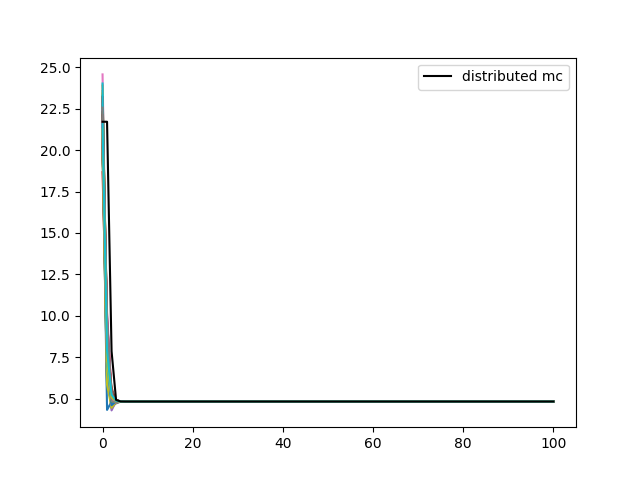
Repository: komuro-zero/distributed-optimization
Script's output: python main_weakly_sparse.py
An editor plug-in stored every save of this project. The script's output is shown before and after the next save, followed by the edit.
Random numbers start from a fixed seed.

Above is the script's output before, as saved 2019-09-25 10:21:10.

### main_weakly_sparse.py
import numpy as np
import matplotlib.pyplot as plt
from numpy.random import *
from modules.distributed_functions_wj import functions


np.random.seed(0)
class distributed_updates(functions):


    def __init__(self):

        self.N = 30
        self.m = 100
        self.r_i = 30
        self.iteration = 100
        self.sparsity_percentage = 0.2
        self.lamb = 10**-2
        self.eta = 10**-10
        self.rho = self.lamb*(0.1**2)
        if self.lamb/self.rho <= self.eta*self.lamb:
            print("faulty rho")
            exit()

    def make_variables(self):
        """
        w_star,U_all,d_allを返㝙
        """
        how_weak = 0.1
        w = randn(self.N,1)
        w_star = self.w_star_weakly_sparse(self.N,self.sparsity_percentage,how_weak)
        U_all = randn(self.m,self.N)
        w_star_noise = w_star +randn(self.N,1)/1000
        #w_star_noise = w_star_noise/np.dot(w_star_noise.T,w_star_noise)
        d_all = np.dot(U_all,w_star_noise)
        L2 = np.dot(w_star.T,w_star)

        return w,w_star,U_all,d_all,L2,w_star_noise

    def run(self):
        w,w_star,U_all,d_all,L2,w_star_noise = self.make_variables()
        c = self.adjacency_matrix(self.m,self.r_i)
        w_all = self.make_w(self.m,self.N)

        #error,wcgd = self.centralized_gradient_descent(U_all,d_all,w,w_star,L2,0.0035,self.iteration)
        #error,wcl1 = self.centralized_L1(U_all,d_all,w,w_star,L2,10**-4,0.0036,self.iteration)
        #error,wcmc = self.centralized_mc(U_all,d_all,w,w_star,L2,5*10**-1,0.0036,5*10**-1*(23.57**2),self.iteration)
        #self.distributed_gradient_descent_wj(U_all,d_all,w_star,L2,self.N,self.m,self.r_i,0.25,self.iteration,c,w_all,wcgd)
        #self.distributed_L1_wj(U_all,d_all,w_star,L2,self.N,self.m,self.r_i,10**-4,0.24,self.iteration,c,w_all,wcl1)
        #self.distributed_mc_wj(U_all,d_all,w_star,L2,self.N,self.m,self.r_i,self.lamb,self.eta,self.rho,self.iteration,c,w_all,wcmc)
        #self.distributed_gradient_descent(U_all,d_all,w_star,L2,self.N,self.m,self.r_i,0.22,self.iteration,c,w_all)
        #self.distributed_L1(U_all,d_all,w_star,L2,self.N,self.m,self.r_i,10**-6,0.224,self.iteration,c,w_all)
        self.distributed_mc(U_all,d_all,w_star,L2,self.N,self.m,self.r_i,self.lamb,self.eta,self.rho,self.iteration,c,w_all)

        #error = [cgd[-1],cl1,cmc[-1],dgd[-1],dl1[-1],dmc[-1]]
        #return error[-1]#w_star,w_star_noise,wcgd,wcl1,wcmc

"""
    #not completed
    def run_distributed(self):
        w,w_star,U_all,d_all,L2 = self.make_variables()

        lamb_l1 = 9*10**-5
        lamb_mc = 10**-3
        eta_gd = 0.1
        eta_l1 = 0.09
        eta_mc = 0.01

        self.distributed(U_all,d_all,w_star,L2,self.N,self.m,self.r_i,lamb_l1,lamb_mc,eta_gd,eta_l1,eta_mc,self.rho,self.iteration)
"""


if __name__ == "__main__":
    simulation = distributed_updates()
    cgd=cl1=cmc=dgd=dl1=dmc=[]
    for i in range(1):
        simulation.run()
        #cgd.append(error)
        """
        error = simulation.run()
        cgd.append(error[0])
        cl1.append(error[1])
        cmc.append(error[2])
        dgd.append(error[3])
        dl1.append(error[4])
        dmc.append(error[5])

        print("iteration:",i)
        """
    #times = range(len(cgd))

    #print("average:",sum(cgd)/len(cgd),"\n max:",max(cgd))
    #print("w_star:",w_star,"\nwcgd:",wcgd-w_star_noise,"\nwcl1:",wcl1-w_star_noise,"\nwcmc:",wcmc-w_star_noise)
    #plt.bar(times,cgd)
    plt.legend()
    plt.show()

### modules/distributed_functions_wj.py
#functions used in each simulations
import numpy as np
from numpy.random import *
import matplotlib.pyplot as plt

np.random.seed(0)

class functions():
	def w_star(self,N,sparse_percentage):
		w_star = randn(N,1)     #平均は0
		before_length = len(w_star)
		after_length = before_length
		while (after_length / before_length) > sparse_percentage:
			a = randint(0,N-1)
			w_star[a] = 0
			after_length = len(np.unique(w_star))-1  #重複要素の削除
		return w_star

	def w_star_weakly_sparse(self,N,sparse_percentage,how_weak):
		w_star = randn(N,1)     #平均は0
		before_length = len(w_star)
		after_length = before_length
		while (after_length / before_length) > sparse_percentage:
			a = randint(0,N-1)
			w_star[a] = 0
			after_length = len(np.unique(w_star))-1  #重複要素の削除
		w_star_prox = np.zeros((len(w_star),1))
		for i in range(len(w_star)):
			if w_star[i] == 0:
				w_star_prox[i] = randn()
		w_star_prox = w_star_prox/np.dot(w_star_prox.T,w_star_prox)
		w_star = w_star/np.dot(w_star.T,w_star)
		w_star += how_weak*w_star_prox
		return w_star

	def w_star_weakly_sparse_sample(self,N,sparse_percentage):
		w_star = self.w_star(N,sparse_percentage)
		for i in range(len(w_star)):
			if w_star[i] == 0:
				w_star[i] = 0.0001
			else:
				w_star[i] = 1
		return w_star

	def db(self,x, y):
		db = 10 * np.log10(x / y)
		return db[0][0]

	def adjacency_matrix(self,m,r_i):
		"""
		disjointed example
		a = [1]*r_i
		b = [0]*(m-r_i)
		a.extend(b)
		c = [1]*r_i
		d = [0]*(m-r_i)
		d.extend(c)
		aa = [a]*int(m/2)
		dd = [d]*int(m/2)
		dd.extend(aa)
		result = np.array(dd)
		for i in range(len(result)):
			result[i][i]=1

		"""
		c = np.eye(m)
		for j in range(m):
			counter = 0
			while counter != r_i:
				random_num = np.random.randint(0,m-1)
				if c[j][random_num] != 1:
					c[j][random_num] = 1
					counter += 1
		return c

	def w_average(self,w_all,w_star):
		result = [0]*len(w_all[0])
		for row in w_all:
			result += row
		result = result/len(w_all)
		x = range(len(result))
		return result

	def make_w(self,m,N):
		w = randn(N,1).T
		for i in range(m-1):
			w = np.concatenate((w,randn(N,1).T))
		return w

	def centralized_gradient_descent(self,Ut,d,w,w_star,L2,eta,iteration):
		error = [self.db(np.dot((w-w_star).T,w-w_star)[0],L2)]
		times = [0]
		one_error =0
		U = Ut.T
		for i in range(iteration):
			w = w - 2*eta*(np.dot(U,(np.dot(Ut,w)-d)))
			one_error = np.dot((w-w_star).T,w-w_star)[0]
			error.append(self.db(one_error,L2))
			times.append(i+1)
		#plt.plot(times,error,label = "centralized gradient descent")
		return error,w

	def centralized_L1(self,Ut,d,w,w_star,L2,lamb,eta,iteration):
		error = [self.db(np.dot((w-w_star).T,w-w_star)[0],L2)]
		times = [0]
		one_error =0
		U = Ut.T
		for i in range(iteration):
			w = w - 2*eta*(np.dot(U,(np.dot(Ut,w)-d)))
			for j in range(len(w)):
				if w[j] > 0 and lamb < abs(w[j]):
					w[j] -= lamb
				elif w[j] < 0 and lamb < abs(w[j]):
					w[j] += lamb
				else:
					w[j] = 0
			one_error = np.dot((w-w_star).T,w-w_star)[0]
			error.append(self.db(one_error,L2))
			times.append(i+1)
		#exec("plt.plot(times,error,label = 'centralized_L1')")
		return error,w

	def centralized_mc(self,Ut,d,w,w_star,L2,lamb,eta,rho,iteration):
		error = [self.db(np.dot((w-w_star).T,w-w_star)[0],L2)]
		times = [0]
		one_error =0
		U = Ut.T
		for i in range(iteration):
			w = w - 2*eta*(np.dot(U,(np.dot(Ut,w)-d)))
			for j in range(len(w)):
				if abs(w[j]) < eta*lamb:
					w[j] = 0
				elif eta*lamb < abs(w[j]) and abs(w[j]) < lamb/rho:
					w[j] = w[j]*(abs(w[j])-eta*lamb)/(abs(w[j])*(1-eta*rho))
				elif lamb/rho <= abs(w[j]):
					w[j] = w[j]
				else:
					print("banana")
			one_error = np.dot((w-w_star).T,w-w_star)[0]
			error.append(self.db(one_error,L2))
			times.append(i+1)
			one_error = 0
		#plt.plot(times,error,label = "centralized_mc")
		return error,w

	def one_gradient_descent(self,Ut,d,w,eta):
		U = Ut.T
		w = w - 2*eta*((U*(np.dot(Ut,w)-d)))
		return w

	def one_L1(self,Ut,d,w,lamb,eta):
		U = Ut.T
		w = w - 2*eta*((U*(np.dot(Ut,w)-d)))
		for j in range(len(w)):
			if w[j] > 0 and lamb < abs(w[j]):
				w[j] -= lamb
			elif w[j] < 0 and lamb < abs(w[j]):
				w[j] += lamb
			else:
				w[j] = 0
		return w

	def one_mc(self,Ut,d,w,lamb,eta,rho):
		U = Ut.T
		w = w - 2*eta*((U*(np.dot(Ut,w)-d)))
		for j in range(len(w)):
			if abs(w[j]) <= eta*lamb:
				w[j] = 0
			elif eta*lamb < abs(w[j]) and abs(w[j]) < lamb/rho:
				w[j] = w[j]*(abs(w[j])-eta*lamb)/(abs(w[j])*(1-eta*rho))
			elif lamb/rho <= abs(w[j]):
				w[j] = w[j]
			else:
				print("banana")
		return w

	def distributed_gradient_descent(self,Ut,d,w_star,L2,N,m,r_i,eta,iteration,c,w_all_f):
		average_error = [0]
		for i in range(1,m+1,1):
			exec("u_%d = Ut[%d]" % (i,i-1))
			exec("d_%d = d[%d][0]" % (i,i-1))
			exec("w_%d = np.reshape(w_all_f[%d],(N,1)).ravel() " % (i,i-1))
			exec("w_next_%d = w_%d" % (i,i))
			exec("error_w_%d = []" % (i))
			exec("one_error_%d =[]" % (i))
			exec("average_error[0] += self.db(np.dot((w_%d-w_star.ravel()).T,w_%d-w_star.ravel()),L2)"%(i,i))
		average_error[0] = average_error[0]/m
		times = [0]
		for i in range(iteration):
			for j in range(1,m+1,1):
				exec("w_%d = self.one_gradient_descent(u_%d,d_%d,w_%d,eta)" % (j,j,j,j))
				exec("w_next_%d = w_%d" % (j,j))
			exec("w_all = [w_next_1]")
			for j in range(2,m+1):
				exec("w_all = np.concatenate((w_all,[w_next_%d]))" %(j))
			exec("average = (1/(r_i+1))*np.dot(c,w_all)")
			for j in range(1,m+1,1):
				exec("w_%d = average[%d]" % (j,j-1))
			for j in range(1,m+1,1):
				exec("one_error_%d = np.dot((w_%d-w_star.ravel()).T,w_%d-w_star.ravel())" % (j,j,j))
				#exec("print(one_error_%d)"%(j))
				exec("error_w_%d.append(self.db(one_error_%d,L2))" % (j,j))
			times.append(i+1)
		exec("w_average = self.w_average(w_all,w_star)")
		for i in range(iteration):
			exec("average_error.append(error_w_1[%d])" % (i))
			for j in range(2,m+1,1):
				exec("average_error[%d] += error_w_%d[%d]" % (i+1,j,i))
			average_error[i+1] = average_error[i+1]/m
		plt.plot(times,average_error,label = 'distributed gradient descent')
		plt.legend()
		return average_error

	def distributed_L1(self,Ut,d,w_star,L2,N,m,r_i,lamb,eta,iteration,c,w_all_f):
		average_error = [0]
		for i in range(1,m+1,1):
			exec("u_%d = Ut[%d]" % (i,i-1))
			exec("d_%d = d[%d][0]" % (i,i-1))
			exec("w_%d = np.reshape(w_all_f[%d],(N,1)).ravel() " % (i,i-1))
			exec("w_next_%d = w_%d" % (i,i))
			exec("error_w_%d = []" % (i))
			exec("one_error_%d =[]" % (i))
			exec("average_error[0] += self.db(np.dot((w_%d-w_star.ravel()).T,w_%d-w_star.ravel()),L2)"%(i,i))
		average_error[0] = average_error[0]/m

		times = [0]
		for i in range(iteration):
			for j in range(1,m+1,1):
				exec("w_%d = self.one_L1(u_%d,d_%d,w_%d,lamb,eta)" % (j,j,j,j))
				exec("w_next_%d = w_%d" % (j,j))
			exec("w_all = [w_next_1]")
			for j in range(2,m+1):
				exec("w_all = np.concatenate((w_all,[w_next_%d]))" %(j))
			exec("average = (1/(r_i+1))*np.dot(c,w_all)")
			for j in range(1,m+1,1):
				exec("w_%d = average[%d]" % (j,j-1))
			for j in range(1,m+1,1):
				exec("one_error_%d = np.dot((w_%d-w_star.ravel()).T,w_%d-w_star.ravel())" % (j,j,j))
				exec("error_w_%d.append(self.db(one_error_%d,L2))" % (j,j))
			times.append(i+1)
		exec("w_average = self.w_average(w_all,w_star)")
		for i in range(iteration):
			exec("average_error.append(error_w_1[%d])" % (i))
			for j in range(2,m+1,1):
				exec("average_error[%d] += error_w_%d[%d]" % (i+1,j,i))
			average_error[i+1] = average_error[i+1]/m
		plt.plot(times,average_error,label = 'distributed L1')
		plt.legend()
		return average_error

	def distributed_mc(self,Ut,d,w_star,L2,N,m,r_i,lamb,eta,rho,iteration,c,w_all_f):
		average_error = [0]
		for i in range(1,m+1,1):
			exec("u_%d = Ut[%d]" % (i,i-1))
			exec("d_%d = d[%d][0]" % (i,i-1))
			exec("w_%d = np.reshape(w_all_f[%d],(N,1)).ravel() " % (i,i-1))
			exec("w_next_%d = w_%d" % (i,i))
			exec("error_w_%d = [self.db(np.dot((w_%d-w_star.ravel()).T,w_%d-w_star.ravel()),L2)]" % (i,i,i))
			exec("one_error_%d =[]" % (i))
			exec("average_error[0] += self.db(np.dot((w_%d-w_star.ravel()).T,w_%d-w_star.ravel()),L2)"%(i,i))
		average_error[0] = average_error[0]/m
		times = [0]
		for i in range(iteration):
			for j in range(1,m+1,1):
				exec("w_%d = self.one_mc(u_%d,d_%d,w_%d,lamb,eta,rho)" % (j,j,j,j))
				exec("w_next_%d = w_%d" % (j,j))
			exec("w_all = [w_next_1]")
			for j in range(2,m+1):
				exec("w_all = np.concatenate((w_all,[w_next_%d]))" %(j))
			exec("average = (1/(r_i+1))*np.dot(c,w_all)")
			for j in range(1,m+1,1):
				exec("w_%d = average[%d]" % (j,j-1))
			for j in range(1,m+1,1):
				exec("one_error_%d = np.dot((w_%d-w_star.ravel()).T,w_%d-w_star.ravel())" % (j,j,j))
				exec("error_w_%d.append(self.db(one_error_%d,L2))" % (j,j))
			times.append(i+1)
		exec("w_average = self.w_average(w_all,w_star)")
		for i in range(iteration):
			exec("average_error.append(error_w_1[%d])" % (i))
			for j in range(2,m+1,1):
				exec("average_error[%d] += error_w_%d[%d]" % (i+1,j,i))
			average_error[i+1] = average_error[i+1]/m
		for i in range(1,m+1):
			exec("plt.plot(times,error_w_%d)"%(i))
			exec("print(w_%d)"%(i))
		plt.plot(times,average_error,label = 'distributed mc',color = "black")
		plt.legend()
		return average_error

	def distributed_gradient_descent_wj(self,Ut,d,w_star,L2,N,m,r_i,eta,iteration,c,w_all_f,wj):
		average_error = [0]
		L2wj = np.dot(wj.T,wj)
		for i in range(1,m+1,1):
			exec("u_%d = Ut[%d]" % (i,i-1))
			exec("d_%d = d[%d][0]" % (i,i-1))
			exec("w_%d = np.reshape(w_all_f[%d],(N,1)).ravel() " % (i,i-1))
			exec("w_next_%d = w_%d" % (i,i))
			exec("error_w_%d = []" % (i))
			exec("one_error_%d =[]" % (i))
			exec("average_error[0] += self.db(np.dot((w_%d-wj.ravel()).T,w_%d-wj.ravel()),L2wj)"%(i,i))
		average_error[0] = average_error[0]/m
		times = [0]
		for i in range(iteration):
			for j in range(1,m+1,1):
				exec("w_%d = self.one_gradient_descent(u_%d,d_%d,w_%d,eta)" % (j,j,j,j))
				exec("w_next_%d = w_%d" % (j,j))
			exec("w_all = [w_next_1]")
			for j in range(2,m+1):
				exec("w_all = np.concatenate((w_all,[w_next_%d]))" %(j))
			exec("average = (1/(r_i+1))*np.dot(c,w_all)")
			for j in range(1,m+1,1):
				exec("w_%d = average[%d]" % (j,j-1))
			for j in range(1,m+1,1):
				exec("one_error_%d = np.dot((w_%d-wj.ravel()).T,w_%d-wj.ravel())" % (j,j,j))
				#exec("print(one_error_%d)"%(j))
				exec("error_w_%d.append(self.db(one_error_%d,L2wj))" % (j,j))
			times.append(i+1)
		for i in range(iteration):
			exec("average_error.append(error_w_1[%d])" % (i))
			for j in range(2,m+1,1):
				exec("average_error[%d] += error_w_%d[%d]" % (i+1,j,i))
			average_error[i+1] = average_error[i+1]/m
		#exec("plt.plot(times,average_error,label = 'wj distributed gradient descent')")
		return average_error

	def distributed_L1_wj(self,Ut,d,w_star,L2,N,m,r_i,lamb,eta,iteration,c,w_all_f,wj):
		average_error = [0]
		L2wj = np.dot(wj.T,wj)
		for i in range(1,m+1,1):
			exec("u_%d = Ut[%d]" % (i,i-1))
			exec("d_%d = d[%d][0]" % (i,i-1))
			exec("w_%d = np.reshape(w_all_f[%d],(N,1)).ravel() " % (i,i-1))
			exec("w_next_%d = w_%d" % (i,i))
			exec("error_w_%d = []" % (i))
			exec("one_error_%d =[]" % (i))
			exec("average_error[0] += self.db(np.dot((w_%d-wj.ravel()).T,w_%d-wj.ravel()),L2wj)"%(i,i))
		average_error[0] = average_error[0]/m

		times = [0]
		for i in range(iteration):
			for j in range(1,m+1,1):
				exec("w_%d = self.one_L1(u_%d,d_%d,w_%d,lamb,eta)" % (j,j,j,j))
				exec("w_next_%d = w_%d" % (j,j))
			exec("w_all = [w_next_1]")
			for j in range(2,m+1):
				exec("w_all = np.concatenate((w_all,[w_next_%d]))" %(j))
			exec("average = (1/(r_i+1))*np.dot(c,w_all)")
			for j in range(1,m+1,1):
				exec("w_%d = average[%d]" % (j,j-1))
			for j in range(1,m+1,1):
				exec("one_error_%d = np.dot((w_%d-wj.ravel()).T,w_%d-wj.ravel())" % (j,j,j))
				exec("error_w_%d.append(self.db(one_error_%d,L2wj))" % (j,j))
			times.append(i+1)
		for i in range(iteration):
			exec("average_error.append(error_w_1[%d])" % (i))
			for j in range(2,m+1,1):
				exec("average_error[%d] += error_w_%d[%d]" % (i+1,j,i))
			average_error[i+1] = average_error[i+1]/m
		exec("plt.plot(times,average_error,label = 'wj distributed L1')")
		return average_error

	def distributed_mc_wj(self,Ut,d,w_star,L2,N,m,r_i,lamb,eta,rho,iteration,c,w_all_f,wj):
		average_error = [0]
		L2wj = np.dot(wj.T,wj)
		for i in range(1,m+1,1):
			exec("u_%d = Ut[%d]" % (i,i-1))
			exec("d_%d = d[%d][0]" % (i,i-1))
			exec("w_%d = np.reshape(w_all_f[%d],(N,1)).ravel() " % (i,i-1))
			exec("w_next_%d = w_%d" % (i,i))
			exec("error_w_%d = []" % (i))
			exec("one_error_%d =[]" % (i))
			exec("average_error[0] += self.db(np.dot((w_%d-wj.ravel()).T,w_%d-wj.ravel()),L2wj)"%(i,i))
		average_error[0] = average_error[0]/m
		times = [0]
		for i in range(iteration):
			for j in range(1,m+1,1):
				exec("w_%d = self.one_mc(u_%d,d_%d,w_%d,lamb,eta,rho)" % (j,j,j,j))
				exec("w_next_%d = w_%d" % (j,j))
			exec("w_all = [w_next_1]")
			for j in range(2,m+1):
				exec("w_all = np.concatenate((w_all,[w_next_%d]))" %(j))
			exec("average = (1/(r_i+1))*np.dot(c,w_all)")
			for j in range(1,m+1,1):
				exec("w_%d = average[%d]" % (j,j-1))
			for j in range(1,m+1,1):
				exec("one_error_%d = np.dot((w_%d-wj.ravel()).T,w_%d-wj.ravel())" % (j,j,j))

				exec("error_w_%d.append(self.db(one_error_%d,L2wj))" % (j,j))
			times.append(i+1)
		for i in range(iteration):
			exec("average_error.append(error_w_1[%d])" % (i))
			for j in range(2,m+1,1):
				exec("average_error[%d] += error_w_%d[%d]" % (i+1,j,i))
			average_error[i+1] = average_error[i+1]/m
		exec("plt.plot(times,average_error,label = 'wj distributed mc')")
		return average_error

After the next save:
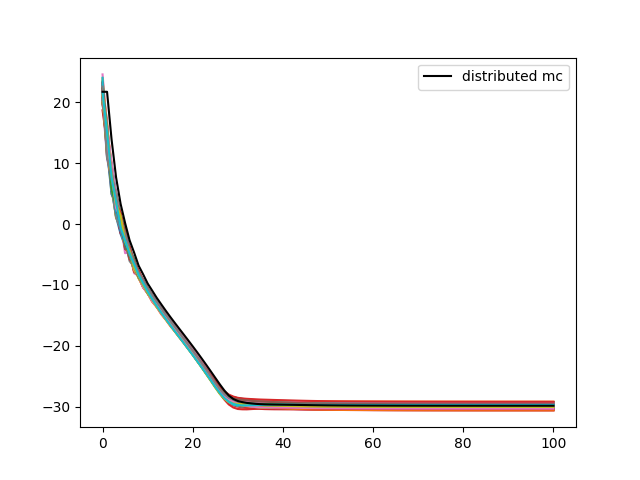
Saved 70 s later.
--- a/main_weakly_sparse.py
+++ b/main_weakly_sparse.py
@@ -16,8 +16,8 @@ class distributed_updates(functions):
         self.iteration = 100
         self.sparsity_percentage = 0.2
         self.lamb = 10**-2
-        self.eta = 10**-10
-        self.rho = self.lamb*(0.1**2)
+        self.eta = 0.2
+        self.rho = self.lamb*(10**2)
         if self.lamb/self.rho <= self.eta*self.lamb:
             print("faulty rho")
             exit()
